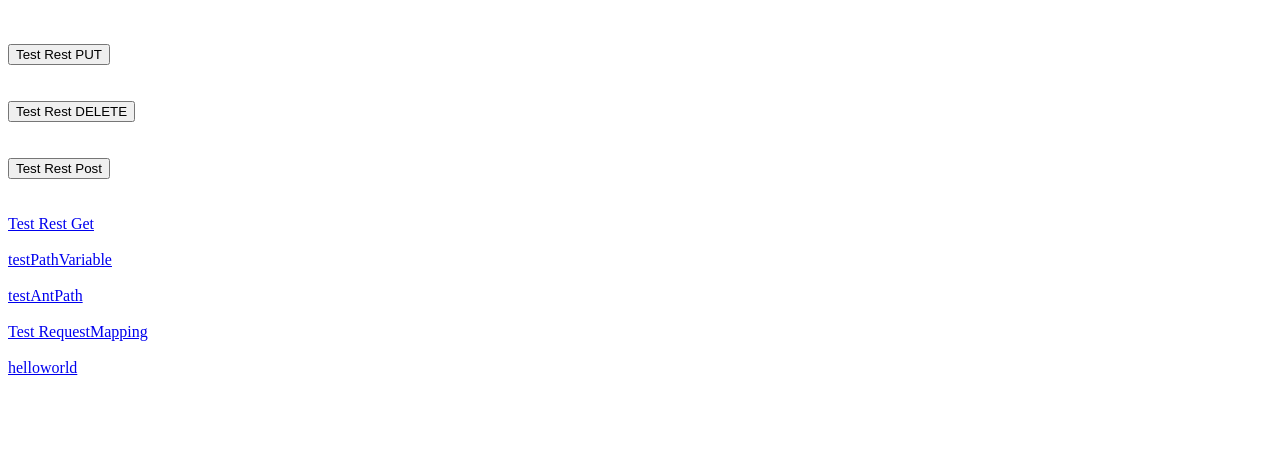
Repository: lhang662543608/Java-Study
Page: http://localhost/springmvc/
The author's editor kept a copy of each file at every save. The page is drawn from the files as they stood at one save, then again after the next save.
The browser window is 1280 px wide. The pictures show the whole page.
The page is served by Tomcat 9.

Above is the page before, as saved 2020-07-13 09:27:23.

After the next save:
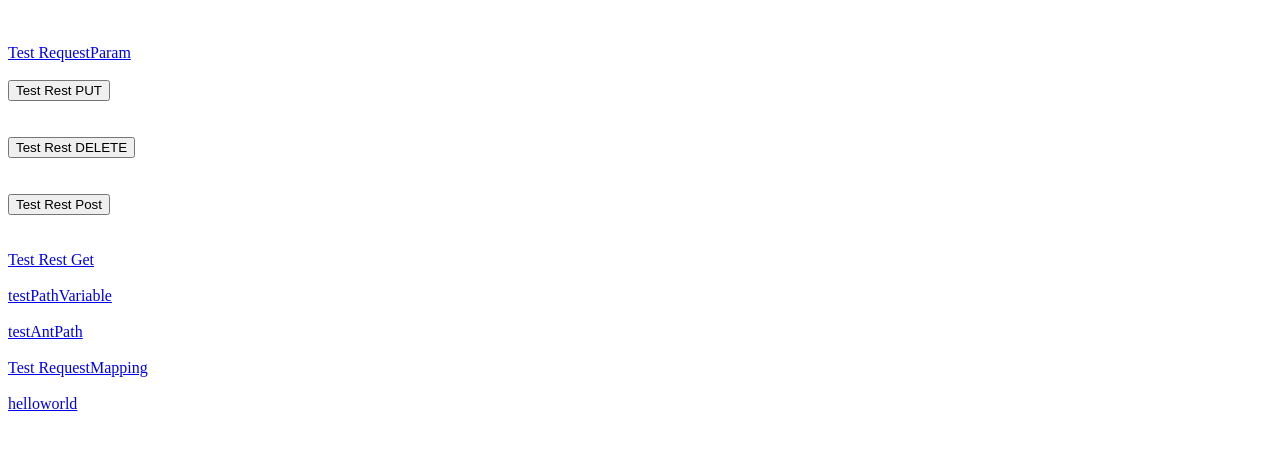
Saved 73 min 27 s later.
--- a/SpringMVC/springmvc/WebContent/index.jsp
+++ b/SpringMVC/springmvc/WebContent/index.jsp
@@ -7,6 +7,11 @@
 <title>Insert title here</title>
 </head>
 <body>
+	<br>
+	<br>
+	<a href="springmvc/testRequestParam?username=lhang&age=11">Test
+		RequestParam</a>
+
 	<br />
 	<br />
 	<form action="springmvc/testRest/1" method="post">
